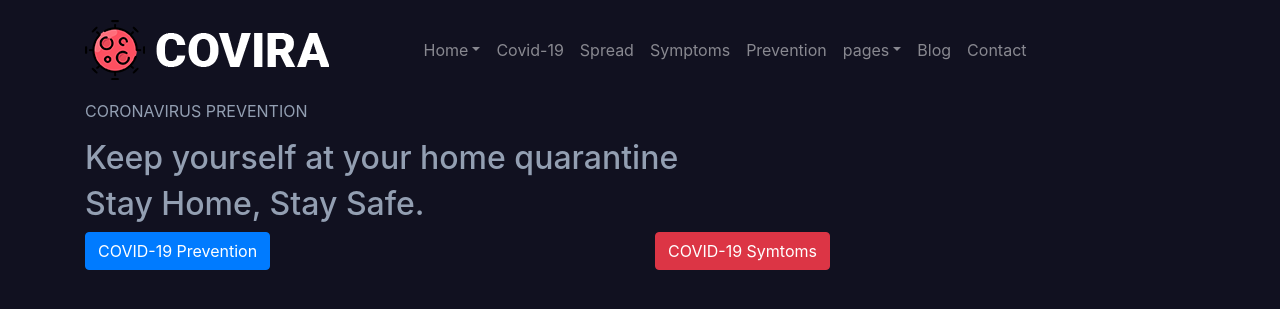
Repository: sitikhusushan/corona_updates
Page: index.html
An editor plug-in stored every save of this project. The page is shown before and after the next save, followed by the edit.
The browser window is 1280 px wide. The pictures show the whole page.

Above is the page before, as saved 2020-06-04 12:46:57.

After the next save:
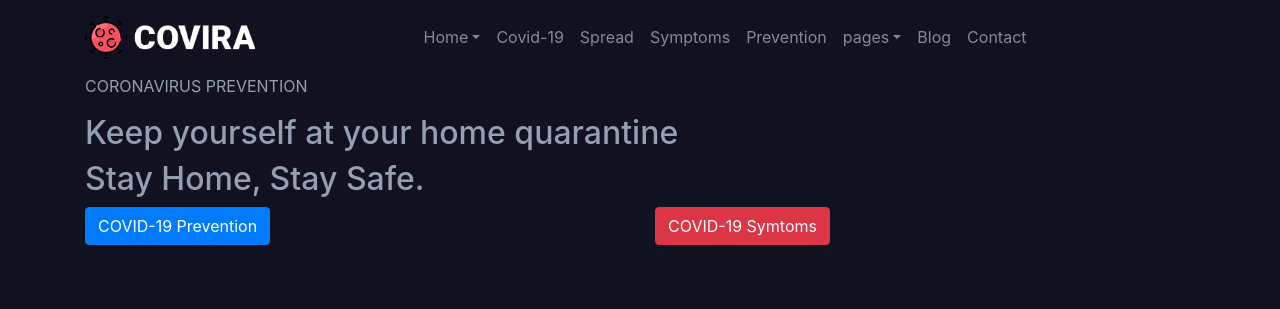
Saved 62 s later.
--- a/style.css
+++ b/style.css
@@ -3,7 +3,7 @@ body {
   color: #939fb2;
 }
 
-nav .container .logo {
+nav .container .logo img {
   max-width: 170px;
 }
 
